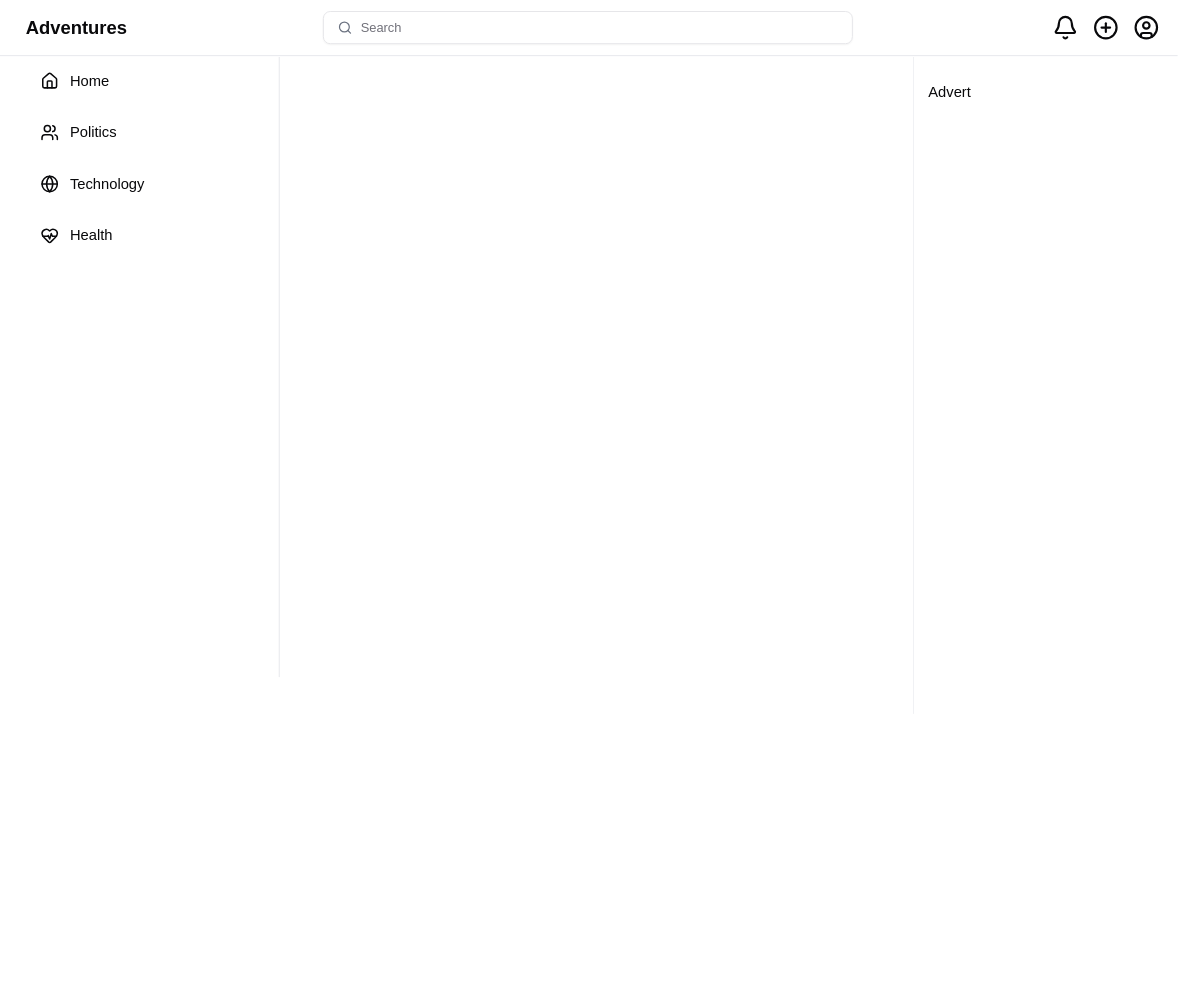
Repository: IssaMuiz/afrixpace-frontend
Page: /
These files come from the project's save history. The page is drawn as it stood at one moment and after the next save; the edit follows.
The browser window is 1280 px wide. The pictures show the whole page, at 92% of full size.
The page's requests for data from a server got no answer. The project was rebuilt for these pictures with package versions that can differ from the ones it lists, and the page was loaded fresh each time. The framework's server and built-in components were replaced by stand-ins that run in the browser. No one was signed in, and anything a server would have sent is missing. Also part of the build but not shown: next.config.ts, components/ui/card.tsx, components/Vote.tsx, components/PostCard.tsx.

Above is the page before, as saved 2025-02-05 14:31:45.

### app/layout.tsx
import type { Metadata } from "next";
import { Geist, Geist_Mono } from "next/font/google";
import "./globals.css";
import LayoutWrapper from "@/components/LayoutWrapper";

const geistSans = Geist({
  variable: "--font-geist-sans",
  subsets: ["latin"],
});

const geistMono = Geist_Mono({
  variable: "--font-geist-mono",
  subsets: ["latin"],
});

export const metadata: Metadata = {
  title: "Adventurer app",
  description: "Share your adventure experience here",
};

export default function RootLayout({
  children,
}: Readonly<{
  children: React.ReactNode;
}>) {
  return (
    <html lang="en">
      <body
        className={`${geistSans.variable} ${geistMono.variable} min-h-screen antialiased`}
      >
        <LayoutWrapper>{children}</LayoutWrapper>
      </body>
    </html>
  );
}

### app/page.tsx
import Feed from "@/components/Feed";

const HomePage = () => {
  return (
    <div className="h-screen ">
      <Feed />
    </div>
  );
};

export default HomePage;

### components/LayoutWrapper.tsx
"use client";

import Navbar from "@/components/Navbar";
import Sidebar from "@/components/Sidebar";
import AdvertBar from "@/components/Advertbar";
import { useState } from "react";

export default function LayoutWrapper({
  children,
}: Readonly<{
  children: React.ReactNode;
}>) {
  const [isSidebarOpen, setIsSidebarOpen] = useState(false);

  return (
    <div>
      <Navbar onMenuClick={() => setIsSidebarOpen(true)} />
      <div className="grid grid-rows-1 lg:grid-rows-[1fr_250px] xl:grid-rows-[250px_1fr_300px] gap-6 h-screen p-4">
        <Sidebar
          isOpen={isSidebarOpen}
          onClose={() => setIsSidebarOpen(false)}
        />

        <main className=" lg:mr-[290px]  xl:mx-[300px]">{children}</main>
        <AdvertBar />
      </div>
    </div>
  );
}

### components/Feed.tsx
"use client";

import { useEffect, useState } from "react";
import PostCard from "./PostCard";

interface Post {
  id: string;
  title: string;
  content: string;
  votes: number;
  mediaUrl?: string;
  mediaType: "image" | "video";
}

const Feed = () => {
  const [posts, setPosts] = useState<Post[]>([]);

  useEffect(() => {
    async function fetchPost() {
      const res = await fetch("/api/posts");
      const data = await res.json();
      setPosts(data);
    }
    fetchPost();
  }, []);
  return (
    <section className="space-y-6 mt-20">
      {posts.map((post) => (
        <PostCard key={post.id} post={post} />
      ))}
    </section>
  );
};

export default Feed;

### components/Navbar.tsx
"use client";
import { Button } from "./ui/button";
import { Input } from "./ui/input";
import { Search } from "lucide-react";
import { Menu } from "lucide-react";
import { BellIcon } from "lucide-react";
import { UserCircle } from "lucide-react";
import { PlusCircle } from "lucide-react";

interface NavbarProps {
  onMenuClick: () => void;
}

const Navbar = ({ onMenuClick }: NavbarProps) => {
  return (
    <nav className="border-b bg-white z-20 fixed left-0 right-0 top-0 border-gray-200 px-4 py-3 flex justify-between items-center">
      <div className="flex space-x-3 items-center">
        <Button
          onClick={onMenuClick}
          className="xl:hidden block hover:bg-gray-300 rounded-full  cursor-pointer border-none shadow-none p-1"
          variant="outline"
        >
          <Menu className="min-h-7 min-w-7" />
        </Button>
        <h1 className="lg:hidden block text-2xl font-semibold">A</h1>
        <h1 className="text-xl font-semibold hidden lg:flex">Adventures</h1>
      </div>
      <div className="relative max-w-xl flex-1 mx-5">
        <Search className=" h-4 absolute left-3 top-1/2 transform -translate-y-1/2 text-gray-500" />
        <Input
          type="text"
          placeholder="Search"
          className="pl-10 w-full border rounded-lg"
        />
      </div>

      <div className=" flex space-x-2">
        <Button
          className=" hover:bg-gray-300 rounded-full cursor-pointer border-none shadow-none p-1 "
          variant="outline"
        >
          <BellIcon className="min-h-7 min-w-7" />
        </Button>
        <Button
          className=" hover:bg-gray-300 rounded-full cursor-pointer border-none shadow-none p-1"
          variant="outline"
        >
          <PlusCircle className="min-h-7 min-w-7" />
        </Button>
        <Button
          className=" hover:bg-gray-300 rounded-full cursor-pointer border-none shadow-none p-1"
          variant="outline"
        >
          <UserCircle className="min-h-7 min-w-7" />
        </Button>

        {/* <Button variant="outline" className="hover:bg-gray-100">
          Login
        </Button>
        <Button className="hover:bg-white hover:text-black ">Sign up</Button> */}
      </div>
    </nav>
  );
};

export default Navbar;

### components/Sidebar.tsx
"use client";

import Link from "next/link";
import { usePathname } from "next/navigation";
import { categories } from "@/constant";
import { cn } from "@/lib/utils";
import { useEffect, useRef } from "react";

interface SidebarProps {
  isOpen: boolean;
  onClose: () => void;
}

const Sidebar = ({ isOpen, onClose }: SidebarProps) => {
  const sidebarRef = useRef<HTMLDivElement | null>(null);

  useEffect(() => {
    const handleOutsideClick = (event: MouseEvent) => {
      if (
        isOpen &&
        sidebarRef.current &&
        !sidebarRef.current.contains(event.target as Node)
      ) {
        onClose();
      }
    };

    document.addEventListener("mousedown", handleOutsideClick);
    return () => document.removeEventListener("mousedown", handleOutsideClick);
  }, [isOpen, onClose]);

  const pathname = usePathname();
  return (
    <aside>
      <div
        className={cn(
          "fixed inset-0 z-40 top-15 bg-black/30 transition-opacity xl:hidden",
          isOpen ? "opacity-100 visible" : "opacity-0 invisible"
        )}
      ></div>
      <div
        ref={sidebarRef}
        className={cn(
          "fixed top-15 left-0 bottom-0 w-72 border-r bg-white border-gray-200 h-screen dark:bg-gray-900 px-4 pt-12 transition-transform xl:z-0 z-50 xl:relative xl:translate-x-0",
          isOpen ? "translate-x-0" : "-translate-x-full"
        )}
      >
        <ul className="space-y-2">
          {categories.map((cat) => (
            <li key={cat.name}>
              <Link
                href={`/${cat.path}`}
                className={cn(
                  "flex items-center gap-3 p-3 rounded-md hover:bg-gray-200 dark:hover:bg-gray-800 transition",
                  pathname === `/${cat.path}` &&
                    "bg-gray-300 dark:bg-gray-700 font-semibold"
                )}
              >
                <cat.icon className="w-5 h-5" />
                <span>{cat.name}</span>
              </Link>
            </li>
          ))}
        </ul>
      </div>
    </aside>
  );
};

export default Sidebar;

### components/Advertbar.tsx
const AdvertBar = () => {
  return (
    <aside className="hidden lg:block fixed right-0 top-14 bottom-0 w-72 border-l border-gray-200 h-full bg-white pt-8 px-4">
      Advert
    </aside>
  );
};

export default AdvertBar;

### components/ui/button.tsx
import * as React from "react"
import { Slot } from "@radix-ui/react-slot"
import { cva, type VariantProps } from "class-variance-authority"

import { cn } from "@/lib/utils"

const buttonVariants = cva(
  "inline-flex items-center justify-center gap-2 whitespace-nowrap rounded-md text-sm font-medium transition-colors focus-visible:outline-none focus-visible:ring-1 focus-visible:ring-ring disabled:pointer-events-none disabled:opacity-50 [&_svg]:pointer-events-none [&_svg]:size-4 [&_svg]:shrink-0",
  {
    variants: {
      variant: {
        default:
          "bg-primary text-primary-foreground shadow hover:bg-primary/90",
        destructive:
          "bg-destructive text-destructive-foreground shadow-sm hover:bg-destructive/90",
        outline:
          "border border-input bg-background shadow-sm hover:bg-accent hover:text-accent-foreground",
        secondary:
          "bg-secondary text-secondary-foreground shadow-sm hover:bg-secondary/80",
        ghost: "hover:bg-accent hover:text-accent-foreground",
        link: "text-primary underline-offset-4 hover:underline",
      },
      size: {
        default: "h-9 px-4 py-2",
        sm: "h-8 rounded-md px-3 text-xs",
        lg: "h-10 rounded-md px-8",
        icon: "h-9 w-9",
      },
    },
    defaultVariants: {
      variant: "default",
      size: "default",
    },
  }
)

export interface ButtonProps
  extends React.ButtonHTMLAttributes<HTMLButtonElement>,
    VariantProps<typeof buttonVariants> {
  asChild?: boolean
}

const Button = React.forwardRef<HTMLButtonElement, ButtonProps>(
  ({ className, variant, size, asChild = false, ...props }, ref) => {
    const Comp = asChild ? Slot : "button"
    return (
      <Comp
        className={cn(buttonVariants({ variant, size, className }))}
        ref={ref}
        {...props}
      />
    )
  }
)
Button.displayName = "Button"

export { Button, buttonVariants }

### components/ui/input.tsx
import * as React from "react"

import { cn } from "@/lib/utils"

const Input = React.forwardRef<HTMLInputElement, React.ComponentProps<"input">>(
  ({ className, type, ...props }, ref) => {
    return (
      <input
        type={type}
        className={cn(
          "flex h-9 w-full rounded-md border border-input bg-transparent px-3 py-1 text-base shadow-sm transition-colors file:border-0 file:bg-transparent file:text-sm file:font-medium file:text-foreground placeholder:text-muted-foreground focus-visible:outline-none focus-visible:ring-1 focus-visible:ring-ring disabled:cursor-not-allowed disabled:opacity-50 md:text-sm",
          className
        )}
        ref={ref}
        {...props}
      />
    )
  }
)
Input.displayName = "Input"

export { Input }

### constant.ts
import { Home, Users, Globe, HeartPulseIcon } from "lucide-react";

export const categories = [
  {
    name: "Home",
    icon: Home,
    path: "/",
  },
  {
    name: "Politics",
    icon: Users,
    path: "explore/politics",
  },
  {
    name: "Technology",
    icon: Globe,
    path: "explore/technology",
  },
  {
    name: "Health",
    icon: HeartPulseIcon,
    path: "explore/health",
  },
];

### lib/utils.ts
/* eslint-disable @typescript-eslint/no-explicit-any */
import { clsx } from "clsx";
import { twMerge } from "tailwind-merge";

export function cn(...inputs: any[]) {
  return twMerge(clsx(inputs));
}

### tailwind.config.ts
import type { Config } from "tailwindcss";
import tailwindAnimate from "tailwindcss-animate";

export default {
  darkMode: ["class"],
  content: [
    "./pages/**/*.{js,ts,jsx,tsx,mdx}",
    "./components/**/*.{js,ts,jsx,tsx,mdx}",
    "./app/**/*.{js,ts,jsx,tsx,mdx}",
  ],
  theme: {
    extend: {
      colors: {
        background: "hsl(var(--background))",
        foreground: "hsl(var(--foreground))",
        card: {
          DEFAULT: "hsl(var(--card))",
          foreground: "hsl(var(--card-foreground))",
        },
        popover: {
          DEFAULT: "hsl(var(--popover))",
          foreground: "hsl(var(--popover-foreground))",
        },
        primary: {
          DEFAULT: "hsl(var(--primary))",
          foreground: "hsl(var(--primary-foreground))",
        },
        secondary: {
          DEFAULT: "hsl(var(--secondary))",
          foreground: "hsl(var(--secondary-foreground))",
        },
        muted: {
          DEFAULT: "hsl(var(--muted))",
          foreground: "hsl(var(--muted-foreground))",
        },
        accent: {
          DEFAULT: "hsl(var(--accent))",
          foreground: "hsl(var(--accent-foreground))",
        },
        destructive: {
          DEFAULT: "hsl(var(--destructive))",
          foreground: "hsl(var(--destructive-foreground))",
        },
        border: "hsl(var(--border))",
        input: "hsl(var(--input))",
        ring: "hsl(var(--ring))",
        chart: {
          "1": "hsl(var(--chart-1))",
          "2": "hsl(var(--chart-2))",
          "3": "hsl(var(--chart-3))",
          "4": "hsl(var(--chart-4))",
          "5": "hsl(var(--chart-5))",
        },
      },
      borderRadius: {
        lg: "var(--radius)",
        md: "calc(var(--radius) - 2px)",
        sm: "calc(var(--radius) - 4px)",
      },
    },
  },

  plugins: [tailwindAnimate],
} satisfies Config;

Loaded but not shown: app/globals.css (common file)

After the next save:
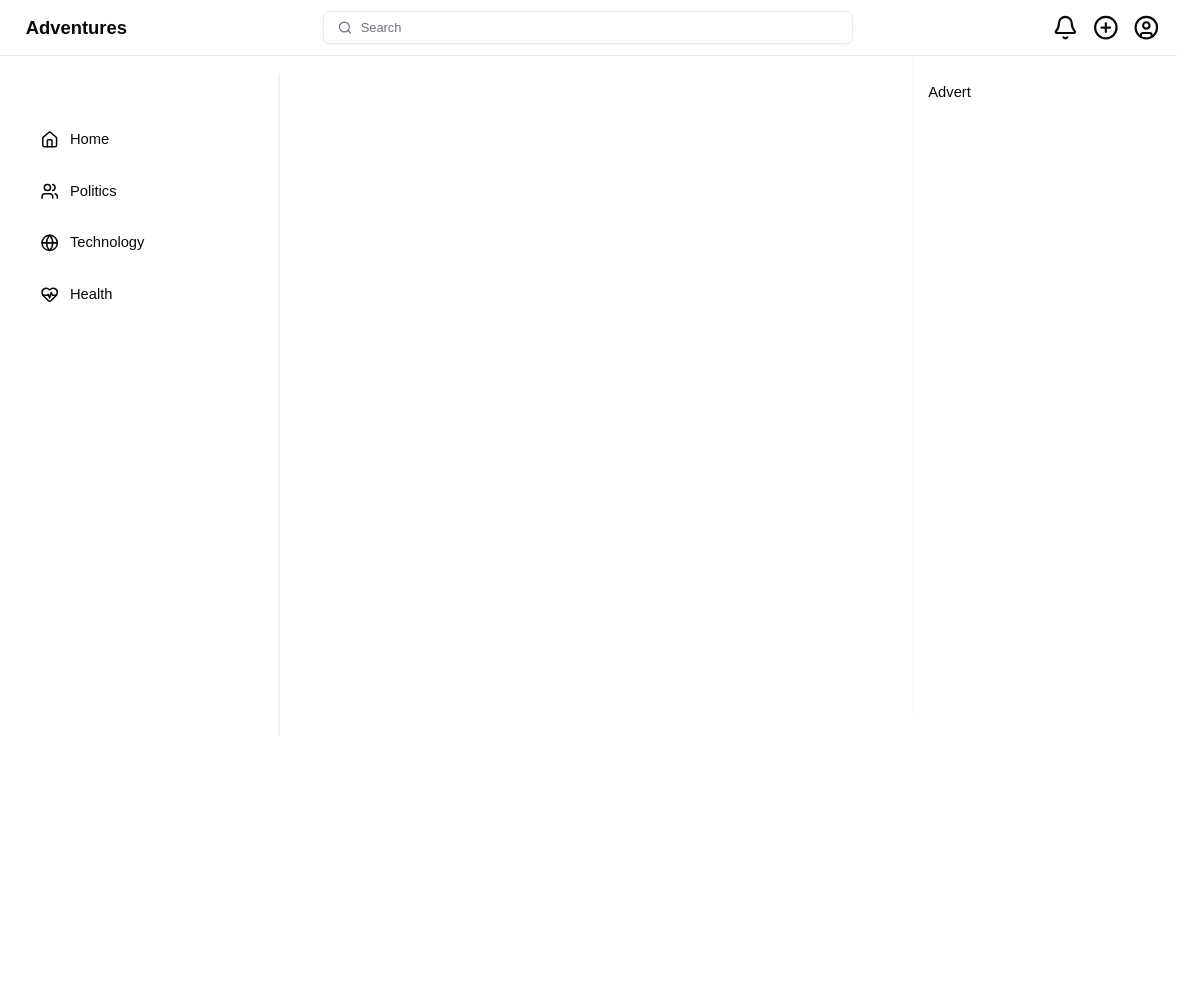
Saved 33 s later.
--- a/components/Sidebar.tsx
+++ b/components/Sidebar.tsx
@@ -34,14 +34,14 @@ const Sidebar = ({ isOpen, onClose }: SidebarProps) => {
     <aside>
       <div
         className={cn(
-          "fixed inset-0 z-40 top-15 bg-black/30 transition-opacity xl:hidden",
+          "fixed inset-0 z-40 top-16 bg-black/30 transition-opacity xl:hidden",
           isOpen ? "opacity-100 visible" : "opacity-0 invisible"
         )}
       ></div>
       <div
         ref={sidebarRef}
         className={cn(
-          "fixed top-15 left-0 bottom-0 w-72 border-r bg-white border-gray-200 h-screen dark:bg-gray-900 px-4 pt-12 transition-transform xl:z-0 z-50 xl:relative xl:translate-x-0",
+          "fixed top-16 left-0 bottom-0 w-72 border-r bg-white border-gray-200 h-screen dark:bg-gray-900 px-4 pt-12 transition-transform xl:z-0 z-50 xl:relative xl:translate-x-0",
           isOpen ? "translate-x-0" : "-translate-x-full"
         )}
       >
